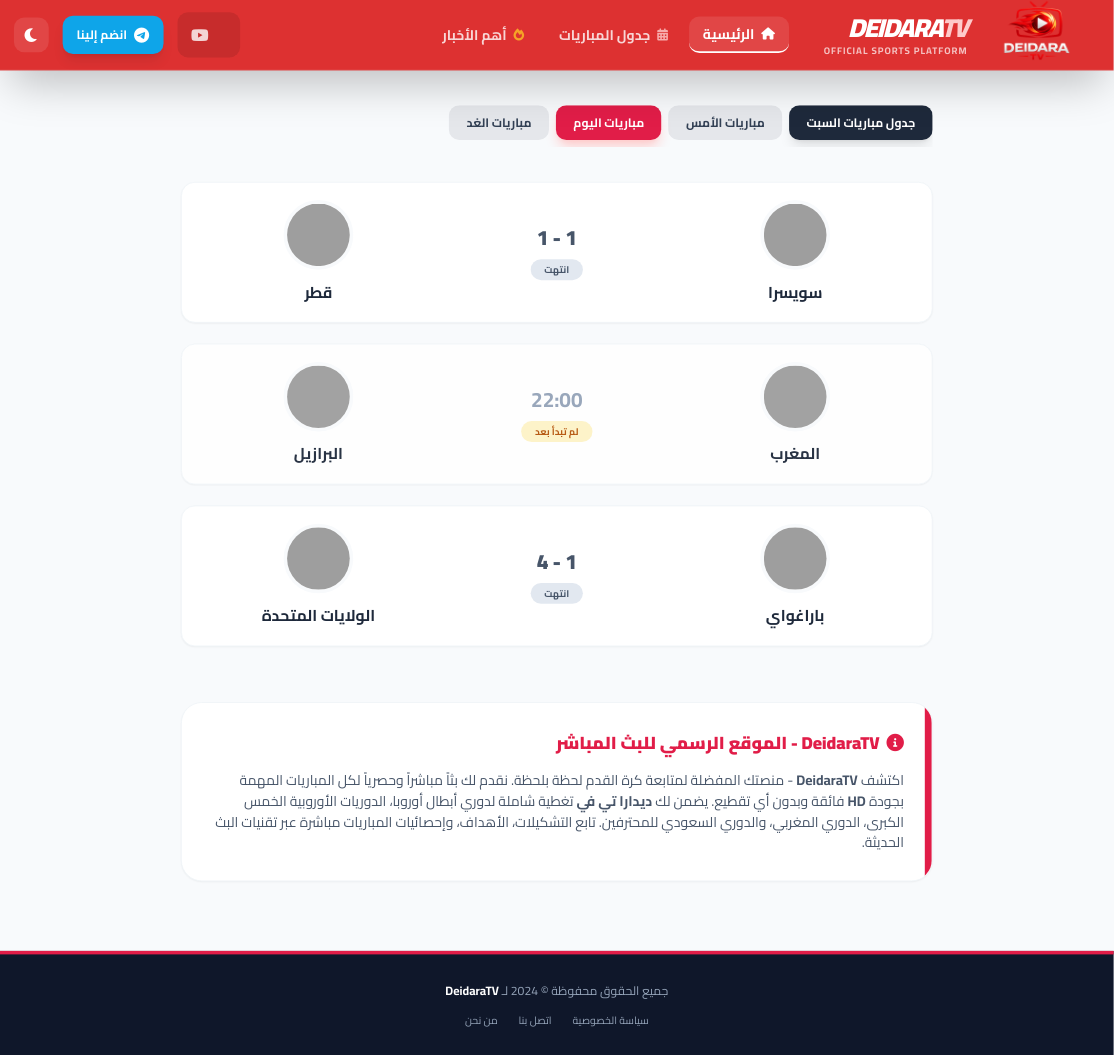
Repository: zakariax05/deidaraTV
Page: index.html
The author's editor kept a copy of each file at every save. The page is drawn from the files as they stood at one save, then again after the next save.
The browser window is 1280 px wide. The pictures show the whole page, at 87% of full size.
Pictures or frames that could not be fetched are drawn as grey boxes. Some web libraries are served in a nearby version.

Above is the page before, as saved 2026-06-14 02:18:01.

### index.html
<!DOCTYPE html>
<html lang="ar" dir="rtl">

<head>
  <meta charset="UTF-8">
  <meta name="viewport" content="width=device-width, initial-scale=1.0">
  <title>DeidaraTV - ديدارا تي في | بث مباشر للمباريات</title>
  <script src="https://cdn.tailwindcss.com"></script>
  <link href="https://cdnjs.cloudflare.com/ajax/libs/font-awesome/6.0.0/css/all.min.css" rel="stylesheet">
  <style>
    @import url('https://fonts.googleapis.com/css2?family=Cairo:wght@400;600;700;900&display=swap');

    body {
      font-family: 'Cairo', sans-serif;
      background-color: #f8fafc;
    }

    .match-card {
      transition: all 0.3s ease;
    }

    .match-card:hover {
      transform: scale(1.01);
      box-shadow: 0 10px 20px -5px rgba(0, 0, 0, 0.1);
    }

    .bg-red-primary {
      background-color: #e11d48;
    }

    .text-red-primary {
      color: #e11d48;
    }

    .border-red-primary {
      border-color: #e11d48;
    }
  </style>
</head>

<body class="text-slate-800">

  <!-- Header / الهيدر -->
  <!-- الهيدر المطور للرئيسية - DeidaraTV -->
  <header
    class="bg-red-600 text-white shadow-2xl sticky top-0 z-[100] backdrop-blur-md bg-opacity-95 border-b border-white/10">
    <div class="container mx-auto px-4">
      <div class="flex justify-between items-center h-16 md:h-20">

        <!-- القسم الأيمن: الشعار والقائمة -->
        <div class="flex items-center gap-6 md:gap-10">
          <!-- اللوجو مع ميزة إعادة التحميل -->
          <div onclick="window.location.reload()"
            class="flex items-center gap-3 cursor-pointer group select-none transition-transform active:scale-95">
            <img src="imgs/logo-deidaratv.png" alt="DeidaraTV Logo"
              class="h-16 md:h-[140px] w-auto object-contain group-hover:brightness-110 transition-all">
            <div class="flex flex-col">
              <h1 class="text-xl md:text-3xl font-black italic tracking-tighter uppercase leading-none">
                Deidara<span class="text-red-200">TV</span>
              </h1>
              <span class="text-[9px] md:text-[11px] font-bold opacity-70 tracking-widest uppercase">Official
                Sports Platform</span>
            </div>
          </div>

          <!-- الروابط الأساسية (تظهر في الشاشات الكبيرة) -->
          <nav class="hidden lg:flex items-center gap-2">
            <a href="#"
              class="flex items-center gap-2 px-4 py-2 rounded-xl bg-white/10 hover:bg-white/20 transition-all font-bold border-b-2 border-white">
              <i class="fas fa-home text-sm"></i> الرئيسية
            </a>
            <a href="#"
              class="flex items-center gap-2 px-4 py-2 rounded-xl hover:bg-white/10 transition-all font-bold opacity-80 hover:opacity-100">
              <i class="fas fa-calendar-alt text-sm text-red-200"></i> جدول المباريات
            </a>
            <a href="#"
              class="flex items-center gap-2 px-4 py-2 rounded-xl hover:bg-white/10 transition-all font-bold opacity-80 hover:opacity-100">
              <i class="fas fa-fire text-sm text-amber-400"></i> أهم الأخبار
            </a>
          </nav>
        </div>

        <!-- القسم الأيسر: أيقونات التواصل والأدوات -->
        <div class="flex items-center gap-2 md:gap-4">

          <!-- أيقونات التواصل الاجتماعي بتنسيق أرقى -->
          <div class="hidden sm:flex items-center bg-black/10 rounded-xl px-2 py-1 gap-1">
            <a href="#" class="p-2 hover:bg-white/10 rounded-lg transition-colors text-white/80 hover:text-white"
              title="Twitter">
              <i class="fab fa-x-twitter text-lg"></i>
            </a>
            <a href="#" class="p-2 hover:bg-white/10 rounded-lg transition-colors text-white/80 hover:text-white"
              title="YouTube">
              <i class="fab fa-youtube text-lg"></i>
            </a>
          </div>

          <!-- زر تليجرام (مميز بلونه الخاص) -->
          <a href="#"
            class="bg-sky-500 hover:bg-sky-400 text-white p-2 md:px-4 md:py-2 rounded-xl transition-all shadow-lg flex items-center gap-2 font-bold text-sm">
            <i class="fab fa-telegram-plane text-lg"></i>
            <span class="hidden md:inline">انضم إلينا</span>
          </a>

          <!-- زر الوضع الليلي -->
          <button
            class="w-10 h-10 flex items-center justify-center rounded-xl bg-white/10 hover:bg-white/20 transition-colors">
            <i class="fas fa-moon text-lg"></i>
          </button>

          <!-- زر الموبايل -->
          <button class="lg:hidden w-10 h-10 flex items-center justify-center rounded-xl bg-white/10 hover:bg-white/20">
            <i class="fas fa-bars text-xl"></i>
          </button>
        </div>

      </div>
    </div>
  </header>

  <!-- Content / المحتوى الرئيسي -->
  <main class="container mx-auto px-4 max-w-4xl mt-10 pb-20">

    <!-- الأزرار العلوية -->
    <div class="flex flex-wrap justify-start gap-2 mb-10 overflow-x-auto pb-2">
      <button class="px-5 py-2.5 bg-slate-800 text-white rounded-xl text-sm font-bold whitespace-nowrap shadow-lg">جدول
        مباريات السبت</button>
      <button
        class="px-5 py-2.5 bg-gray-200 hover:bg-gray-300 text-slate-700 rounded-xl text-sm font-bold transition whitespace-nowrap">مباريات
        الأمس</button>
      <button
        class="px-5 py-2.5 bg-red-primary text-white rounded-xl text-sm font-bold shadow-lg shadow-red-200 whitespace-nowrap">مباريات
        اليوم</button>
      <button
        class="px-5 py-2.5 bg-gray-200 hover:bg-gray-300 text-slate-700 rounded-xl text-sm font-bold transition whitespace-nowrap">مباريات
        الغد</button>
    </div>

    <!-- قائمة المباريات -->
    <div class="space-y-6">

      <!-- مباراة مباشرة -->
      <div
        class="match-card bg-white rounded-2xl p-5 flex items-center justify-between border border-slate-100 shadow-sm">
        <div class="flex flex-col items-center w-1/3">
          <img src="https://flagcdn.com/w160/ch.png" alt="سويسرا"
            class="w-14 h-14 md:w-20 md:h-20 rounded-full object-cover border-4 border-slate-50 shadow-inner mb-3">
          <span class="font-bold text-sm md:text-lg">سويسرا</span>
        </div>

        <div class="flex flex-col items-center w-1/3">
          <div class="text-2xl font-black text-slate-600 mb-2">1 - 1</div>
          <span class="bg-slate-200 text-slate-600 text-[11px] px-4 py-1 rounded-full font-bold">انتهت</span>
        </div>

        <div class="flex flex-col items-center w-1/3">
          <img src="https://flagcdn.com/w160/qa.png" alt="قطر"
            class="w-14 h-14 md:w-20 md:h-20 rounded-full object-cover border-4 border-slate-50 shadow-inner mb-3">
          <span class="font-bold text-sm md:text-lg">قطر</span>
        </div>
      </div>

      <!-- مباراة المغرب (لم تبدأ) -->
      <!-- قمت بتغيير الـ div الأول إلى a وإضافة الرابط و cursor-pointer -->
      <a href="watching-page.html"
        class="match-card bg-white rounded-2xl p-5 flex items-center justify-between border border-slate-100 shadow-sm opacity-95 cursor-pointer hover:bg-slate-50 transition-all block">

        <!-- الفريق الأول -->
        <div class="flex flex-col items-center w-1/3">
          <img src="https://flagcdn.com/w160/ma.png" alt="المغرب"
            class="w-14 h-14 md:w-20 md:h-20 rounded-full object-cover border-4 border-slate-50 shadow-inner mb-3">
          <span class="font-bold text-sm md:text-lg text-slate-800">المغرب</span>
        </div>

        <!-- توقيت المباراة -->
        <div class="flex flex-col items-center w-1/3">
          <div class="text-2xl font-bold text-slate-400 mb-2">22:00</div>
          <span class="bg-amber-100 text-amber-700 text-[11px] px-4 py-1 rounded-full font-bold">لم تبدأ
            بعد</span>
        </div>

        <!-- الفريق الثاني -->
        <div class="flex flex-col items-center w-1/3">
          <img src="https://flagcdn.com/w160/br.png" alt="البرازيل"
            class="w-14 h-14 md:w-20 md:h-20 rounded-full object-cover border-4 border-slate-50 shadow-inner mb-3">
          <span class="font-bold text-sm md:text-lg text-slate-800">البرازيل</span>
        </div>
      </a>

      <!-- مباراة منتهية -->
      <div
        class="match-card bg-white rounded-2xl p-5 flex items-center justify-between border border-slate-100 shadow-sm bg-slate-50/50">
        <div class="flex flex-col items-center w-1/3">
          <img src="https://flagcdn.com/w160/py.png" alt="باراغواي"
            class="w-14 h-14 md:w-20 md:h-20 rounded-full object-cover border-4 border-slate-50 shadow-inner mb-3">
          <span class="font-bold text-sm md:text-lg">باراغواي</span>
        </div>

        <div class="flex flex-col items-center w-1/3">
          <div class="text-2xl font-black text-slate-600 mb-2">1 - 4</div>
          <span class="bg-slate-200 text-slate-600 text-[11px] px-4 py-1 rounded-full font-bold">انتهت</span>
        </div>

        <div class="flex flex-col items-center w-1/3">
          <img src="https://flagcdn.com/w160/us.png" alt="الولايات المتحدة"
            class="w-14 h-14 md:w-20 md:h-20 rounded-full object-cover border-4 border-slate-50 shadow-inner mb-3">
          <span class="font-bold text-sm md:text-lg">الولايات المتحدة</span>
        </div>
      </div>

    </div>

    <!-- SEO / قسم المعلومات -->
    <section
      class="mt-16 bg-white rounded-3xl p-8 border border-slate-100 shadow-sm leading-relaxed relative overflow-hidden">
      <div class="absolute top-0 right-0 w-2 h-full bg-red-primary"></div>
      <h2 class="text-red-primary font-black text-xl mb-4 flex items-center gap-2">
        <i class="fas fa-info-circle"></i> DeidaraTV - الموقع الرسمي للبث المباشر
      </h2>
      <p class="text-slate-600 text-sm md:text-base leading-8">
        اكتشف <strong>DeidaraTV</strong> - منصتك المفضلة لمتابعة كرة القدم لحظة بلحظة. نقدم لك بثاً مباشراً
        وحصرياً لكل المباريات المهمة بجودة <strong>HD</strong> فائقة وبدون أي تقطيع. يضمن لك <strong>ديدارا تي
          في</strong> تغطية شاملة لدوري أبطال أوروبا، الدوريات الأوروبية الخمس الكبرى، الدوري المغربي، والدوري
        السعودي للمحترفين. تابع التشكيلات، الأهداف، وإحصائيات المباريات مباشرة عبر تقنيات البث الحديثة.
      </p>
    </section>

  </main>

  <!-- Footer / الفوتر -->
  <footer class="bg-slate-900 text-slate-400 py-8 text-center border-t-4 border-red-primary">
    <div class="container mx-auto px-4">
      <p class="text-sm">جميع الحقوق محفوظة &copy; 2024 لـ <span class="text-white font-bold">DeidaraTV</span></p>
      <div class="flex justify-center gap-6 mt-4 text-xs">
        <a href="#" class="hover:text-white">سياسة الخصوصية</a>
        <a href="#" class="hover:text-white">اتصل بنا</a>
        <a href="#" class="hover:text-white">من نحن</a>
      </div>
    </div>
  </footer>

</body>

</html>

After the next save:
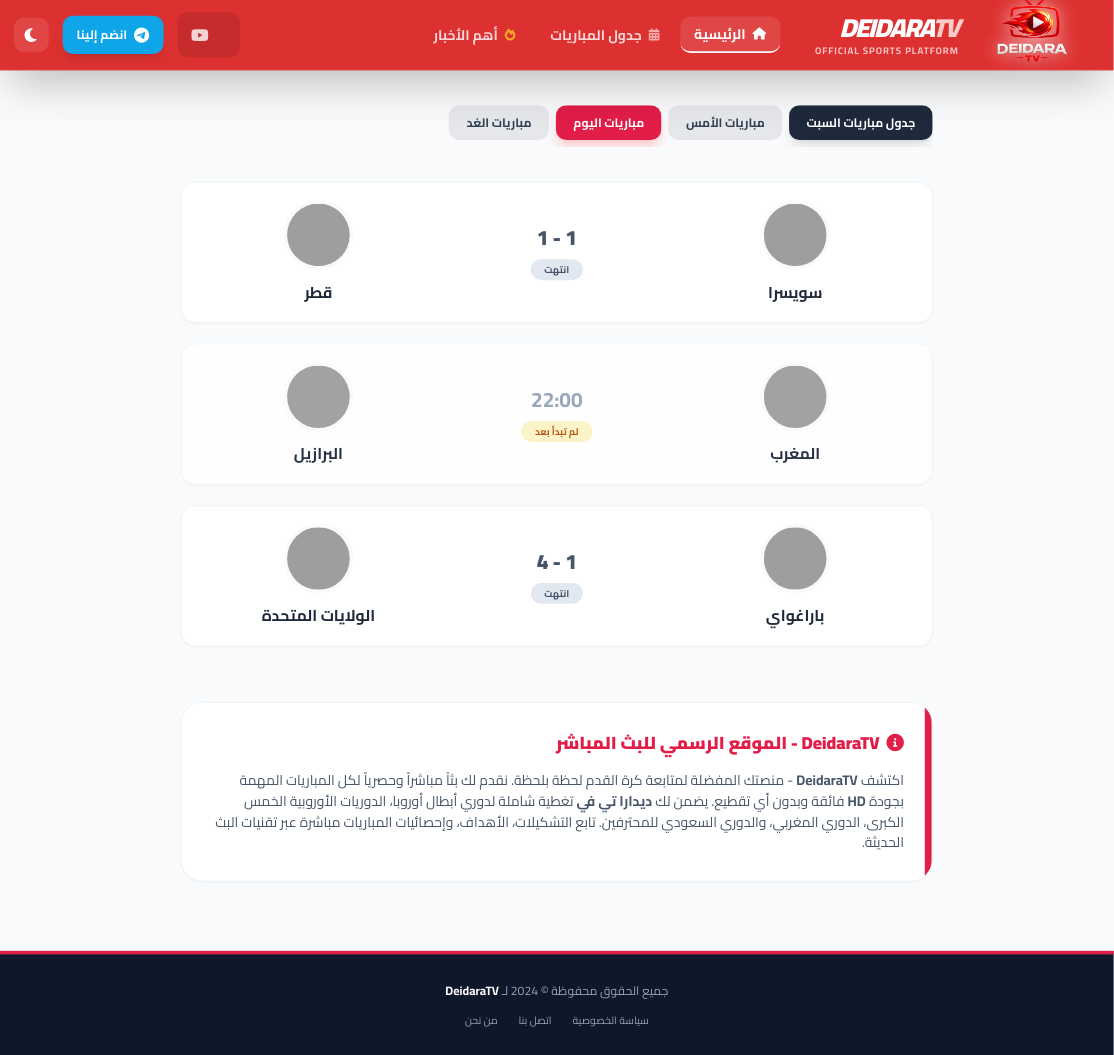
Saved 3 min 1 s later.
--- a/index.html
+++ b/index.html
@@ -53,7 +53,7 @@
           <div onclick="window.location.reload()"
             class="flex items-center gap-3 cursor-pointer group select-none transition-transform active:scale-95">
             <img src="imgs/logo-deidaratv.png" alt="DeidaraTV Logo"
-              class="h-16 md:h-[140px] w-auto object-contain group-hover:brightness-110 transition-all">
+     class="h-16 md:h-[150px] w-auto object-contain group-hover:brightness-110 transition-all drop-shadow-[0_0_10px_rgba(255,255,255,0.8)]">
             <div class="flex flex-col">
               <h1 class="text-xl md:text-3xl font-black italic tracking-tighter uppercase leading-none">
                 Deidara<span class="text-red-200">TV</span>
